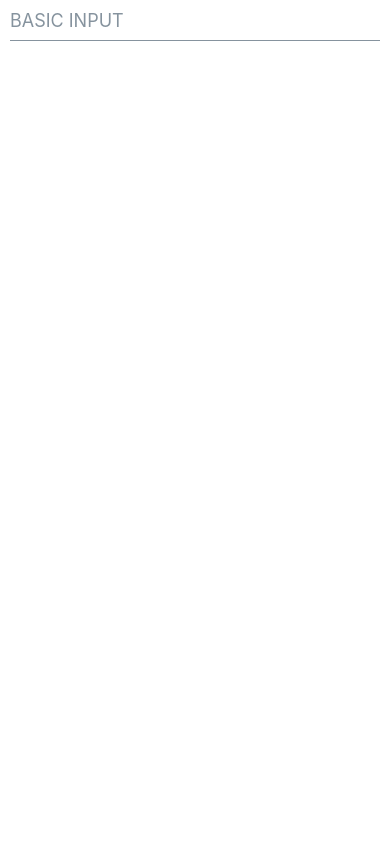
Repository: TeTeBerry/IoT-ReactNative
Screen: /
These files come from the project's save history. The screen is drawn as it stood at one moment and after the next save; the edit follows.
The app was drawn by React Native's web renderer in a window 390 px wide. The project was rebuilt for these pictures with package versions that can differ from the ones it lists, and the page was loaded fresh each time.

Above is the screen before, as saved 2019-03-27 06:39:38.

### App.js
import React, {Component} from 'react';
import Login from './components/Login';



export default class App extends Component {
  render() {
    return (
     <Login/>
    );
  }
}

### components/Login.js
import React, { Component } from 'react';
import { Input } from 'react-native-elements';

export default class Login extends Component {

    render() {
        return(
            <Input
            placeholder='BASIC INPUT'
          />
        )
    }

}

After the next save:
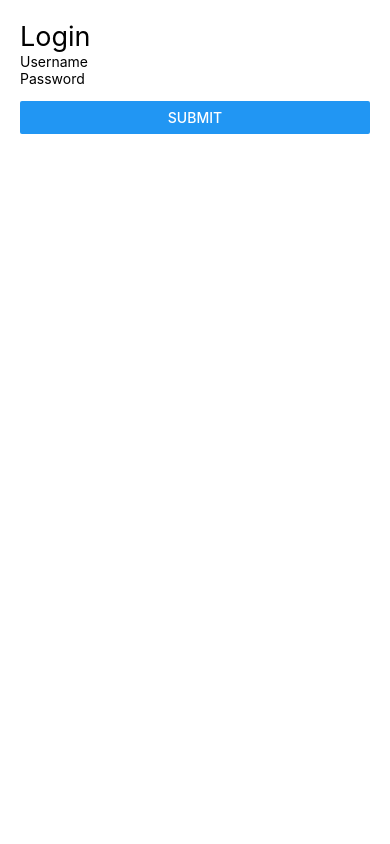
Saved 117 s later.
--- a/components/Login.js
+++ b/components/Login.js
@@ -1,14 +1,29 @@
 import React, { Component } from 'react';
-import { Input } from 'react-native-elements';
+import {
+    ScrollView,
+    Text,
+    TextInput,
+    View,
+    Button
+} from 'react-native';
 
 export default class Login extends Component {
 
     render() {
-        return(
-            <Input
-            placeholder='BASIC INPUT'
-          />
-        )
+        return (
+            <ScrollView style={{padding: 20}}>
+                <Text
+                    style={{fontSize: 27}}>
+                    Login
+                </Text>
+                <TextInput placeholder='Username' />
+                <TextInput placeholder='Password' />
+                <View style={{margin:7}} />
+                <Button
+                          onPress={this.props.onLoginPress}
+                          title="Submit"
+                      />
+                  </ScrollView>
+            )
     }
-
 }
